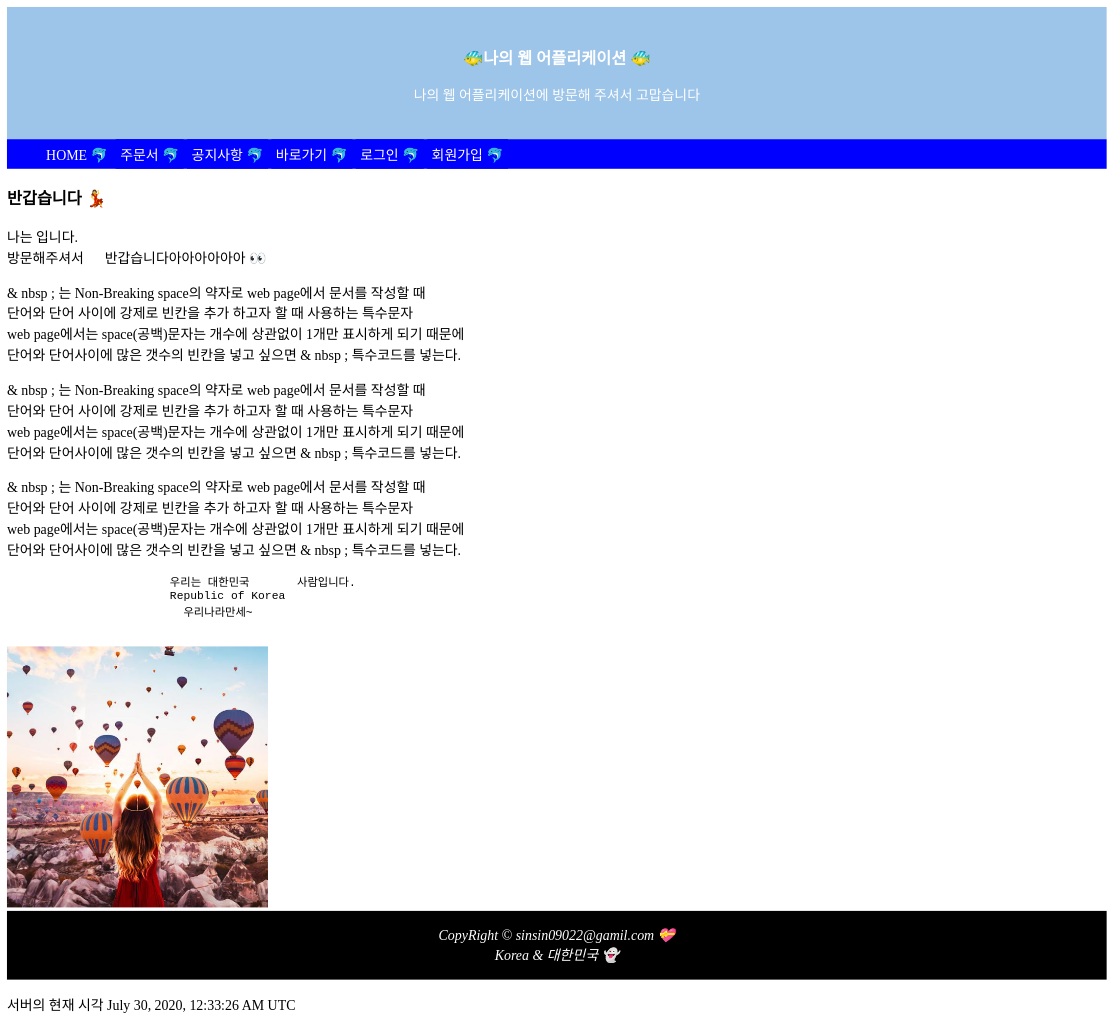
Repository: haetsalshin/Biz_506_2020_07_SpringMVC
Page: http://localhost/SpMVC_001_Order/
These files come from the project's save history. The page is drawn as it stood at one moment and after the next save; the edit follows.
The browser window is 1280 px wide. The pictures show the whole page, at 87% of full size.
The page is served by Tomcat 9. Other server files are loaded and not shown. The template is opened directly, without the code that normally fills it, so the values that code supplies are empty.

Above is the page before, as saved 2020-07-30 02:42:17.

### SpMVC_001_Order/src/main/webapp/WEB-INF/views/home.jsp
<%@ page language="java" contentType="text/html; charset=UTF-8"
    pageEncoding="UTF-8"%>
<!DOCTYPE html>
<html>
<head>
<!--  이 파일은 stylesheet구조다.요즘에는 type을 사용하지 않지만 어떤 곳은 명시 해야만 해야되기도 한다. -->
<!--  내가 어제 navi와 header부분 디자인 만들어 놓은 것을 그대로 불러와서 적용하는 것. -->
<!-- include 사용하는 이유는 우리는 상당부분 article빼고는 다른 부분은 계속 같기 때문에
	그래서 이러한 부분은 다시 만들지 않도록 따로 분리해두는 것
 -->

	<%@ include file = "/WEB-INF/views/include/include-head.jspf" %>
</head>
<body>
	<%@ include file = "/WEB-INF/views/include/include-header.jspf" %>
	<%@ include file= "/WEB-INF/views/include/include-nav.jspf" %>

	<section>
	<h3>반갑습니다 &#128131; </h3>
	<p>나는 ${name} 입니다.</br> 방문해주셔서&nbsp;&nbsp;&nbsp;&nbsp;&nbsp;
	반갑습니다아아아아아아 &#128064; </p>

	<p id="p1">& nbsp ; 는 Non-Breaking space의 약자로 web page에서 문서를 작성할 때</br>
	단어와 단어 사이에 강제로 빈칸을 추가 하고자 할 때 사용하는 특수문자</br>
	web page에서는 space(공백)문자는 개수에 상관없이 1개만 표시하게 되기 때문에</br>
	단어와 단어사이에 많은 갯수의 빈칸을 넣고 싶으면 & nbsp ; 특수코드를 넣는다.
	<p>

	<p id="p2">& nbsp ; 는 Non-Breaking space의 약자로 web page에서 문서를 작성할 때</br>
	단어와 단어 사이에 강제로 빈칸을 추가 하고자 할 때 사용하는 특수문자</br>
	web page에서는 space(공백)문자는 개수에 상관없이 1개만 표시하게 되기 때문에</br>
	단어와 단어사이에 많은 갯수의 빈칸을 넣고 싶으면 & nbsp ; 특수코드를 넣는다.
	<p>

	<p id="p3">& nbsp ; 는 Non-Breaking space의 약자로 web page에서 문서를 작성할 때</br>
	단어와 단어 사이에 강제로 빈칸을 추가 하고자 할 때 사용하는 특수문자</br>
	web page에서는 space(공백)문자는 개수에 상관없이 1개만 표시하게 되기 때문에</br>
	단어와 단어사이에 많은 갯수의 빈칸을 넣고 싶으면 & nbsp ; 특수코드를 넣는다.
	<p>

	<!-- Pre :  내가 입력한 그대로 출력되도록 하는 tag. 빈칸이랑 다 포함이 된다. -->

		<pre>
			우리는 대한민국       사람입니다.
			Republic of Korea
			&nbsp; 우리나라만세~
		</pre>
	</p>

	</section>
	<section>
		<img src ="resources/images/turkey.jpg" alt ="터키 사진" width="300px" >


	</section>
	<%@ include file ="/WEB-INF/views/include/include-footer.jspf" %>
	<p>서버의 현재 시각 ${serverTime}</p>
</body>
</html>

### SpMVC_001_Order/src/main/webapp/WEB-INF/views/include/include-head.jspf
<%@ page language="java" contentType="text/html; charset=UTF-8"
    pageEncoding="UTF-8"%>
<meta charset="UTF-8">
<meta name='viewport' content='width=device-width, initial-scale=1'>
<!--  특수문자는 화면을 읽는 게 인식을 하지 못하므로 접근성 테스트에서 통과하지 못한다.
	  따라서 웬만하면 특수문자 쓰지 말것
 -->
<title>나의 웹어플</title>
<link rel ="stylesheet" href = "resources/css/main.css" type ="text/css" >

### SpMVC_001_Order/src/main/webapp/WEB-INF/views/include/include-header.jspf
<%@ page language="java" contentType="text/html; charset=UTF-8"
    pageEncoding="UTF-8"%>

<header>
	<h3> &#128032;나의 웹 어플리케이션 &#128032;</h3>
	<P>나의 웹 어플리케이션에 방문해 주셔서 고맙습니다</P>
</header>

### SpMVC_001_Order/src/main/webapp/WEB-INF/views/include/include-nav.jspf
<%@ page language="java" contentType="text/html; charset=UTF-8"
    pageEncoding="UTF-8"%>
<nav>
	<ul>
		<li><a href="#">HOME &#128044;	</a></li>
		<li><a href="#">주문서 &#128044;</a></li>
		<li><a href="#">공지사항 &#128044;</a></li>
		<li><a href="#">바로가기 &#128044;</a></li>
		<li><a href="#">로그인 &#128044;</a></li>
		<li><a href="#">회원가입 &#128044;</a></li>
	</ul>
</nav>

### SpMVC_001_Order/src/main/webapp/WEB-INF/views/include/include-footer.jspf
<%@ page language="java" contentType="text/html; charset=UTF-8"
    pageEncoding="UTF-8"%>
	<footer>
		<!-- address라는 태그로 감싸면 이탤릭체로 된다. -->
		<!--  &앤드는 아래와 같이 copy와 amp같은 걸 쓸 때 써주기 때문에 둘이 중복되지 않도록
		원래는 사용하는 것이 금지 되어 있다. 그래서 저런형식으로 써주는 것. -->
		<address>CopyRight &copy; sinsin09022@gamil.com &#128157;</address>
		<address>Korea &amp; 대한민국 &#128123;</address>
	</footer>

### SpMVC_001_Order/src/main/webapp/resources/css/main.css
@charset "UTF-8";

        /*
        style 지정할 때 사용하는 단위
        px, pt, dp, em, rem 등등...

        rem(em) : box내부에 문자열 content 있을 때 content 문자열 중에 가장 큰 문자열을 기준으로
            배율을 정하라

        */

        header {
            background-color: rgb(157, 196, 233);
            color: white;
            padding: 1.5rem;
            text-align: center;
        }

        nav {

            background-color: blue;

        }
        ul {
            margin: 0;
        }

        li{
            display: inline-block;
            padding: 5px;
            background-color: blue;
            color: white;
            cursor: pointer;
        }
        li:hover {
            background-color: teal;
            color: white;
        }
        /*
            text-decoration : anchar tag는 특성상 문자열에 밑줄과 같은 속성이 지정된다.
                이 속성을 모두 없애서 디자인이 흐트러지는 것을 방지할 수 있다.
        */
        a{
            color: white;
            text-decoration: none;
        }


footer{
		background-color: black;
		text-align: center;
		padding: 1.1rem;
		color: white;
}

After the next save:
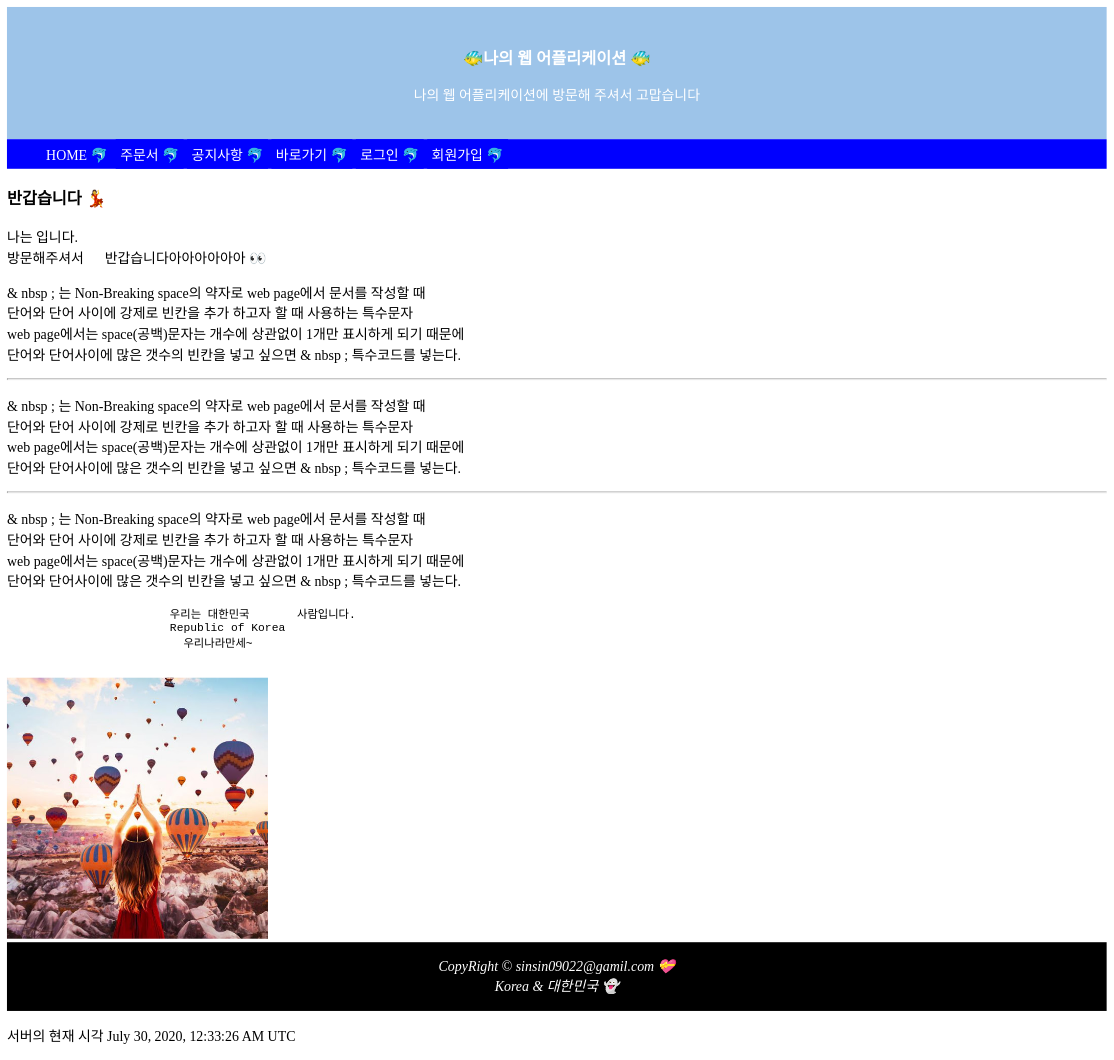
Saved 15 s later.
--- a/SpMVC_001_Order/src/main/webapp/WEB-INF/views/home.jsp
+++ b/SpMVC_001_Order/src/main/webapp/WEB-INF/views/home.jsp
@@ -25,13 +25,13 @@
 	web page에서는 space(공백)문자는 개수에 상관없이 1개만 표시하게 되기 때문에</br>
 	단어와 단어사이에 많은 갯수의 빈칸을 넣고 싶으면 & nbsp ; 특수코드를 넣는다.
 	<p>
-
+	<hr/>
 	<p id="p2">& nbsp ; 는 Non-Breaking space의 약자로 web page에서 문서를 작성할 때</br>
 	단어와 단어 사이에 강제로 빈칸을 추가 하고자 할 때 사용하는 특수문자</br>
 	web page에서는 space(공백)문자는 개수에 상관없이 1개만 표시하게 되기 때문에</br>
 	단어와 단어사이에 많은 갯수의 빈칸을 넣고 싶으면 & nbsp ; 특수코드를 넣는다.
 	<p>
-
+	<hr/>
 	<p id="p3">& nbsp ; 는 Non-Breaking space의 약자로 web page에서 문서를 작성할 때</br>
 	단어와 단어 사이에 강제로 빈칸을 추가 하고자 할 때 사용하는 특수문자</br>
 	web page에서는 space(공백)문자는 개수에 상관없이 1개만 표시하게 되기 때문에</br>
